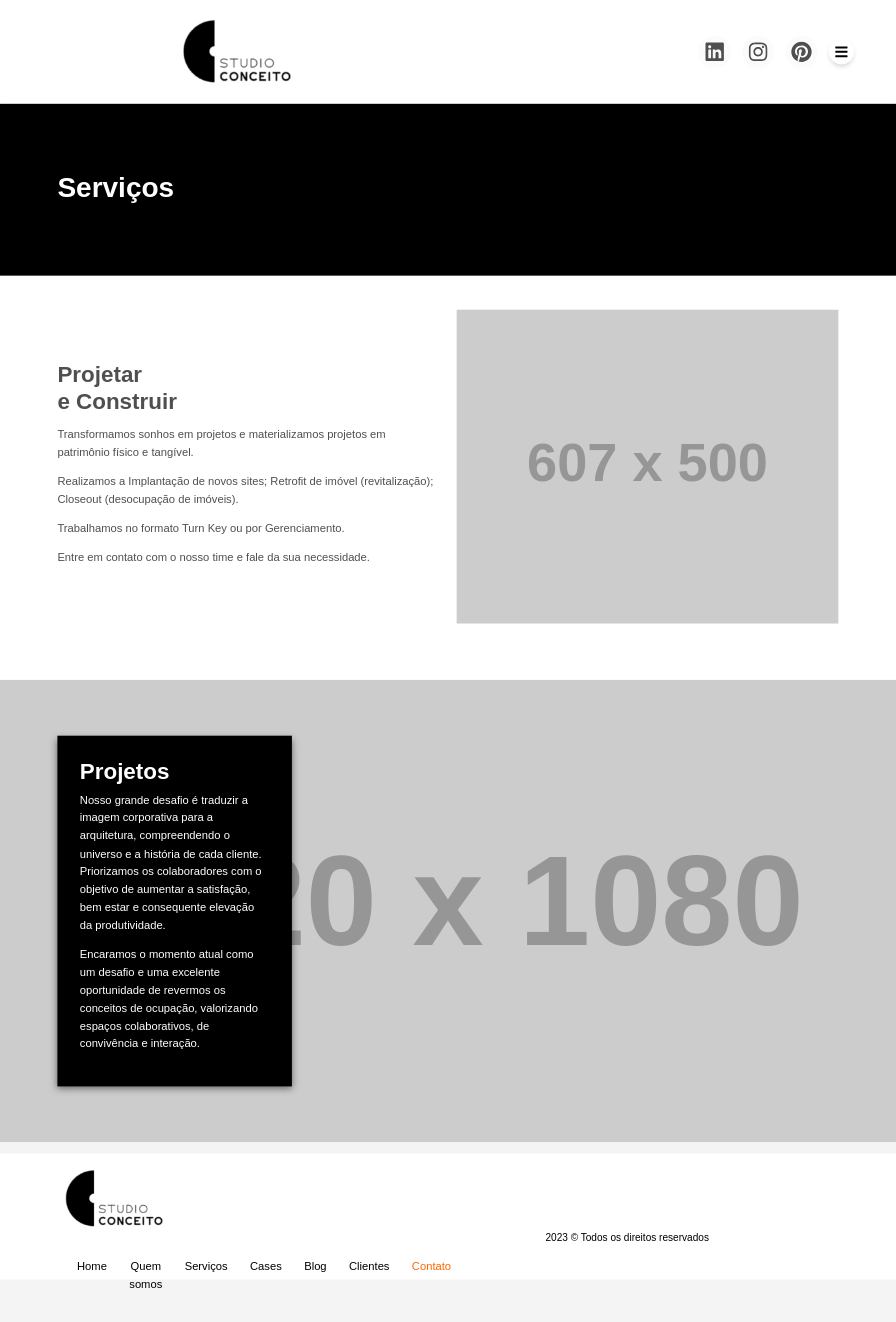
Repository: Upstairs-Agencia/studio-conceito-react
Page: /servicos
These files come from the project's save history. The page is drawn as it stood at one moment and after the next save; the edit follows.
The browser window is 1280 px wide. The pictures show the whole page, at 70% of full size.
The project was rebuilt for these pictures with package versions that can differ from the ones it lists, and the page was loaded fresh each time. Also part of the build but not shown: src/pages/Home.js, src/pages/QuemSomos.js, src/pages/Cases.js, src/pages/Blog.js, src/pages/Clientes.js, src/pages/Contato.js.

Above is the page before, as saved 2024-12-28 03:22:24.

After the next save:
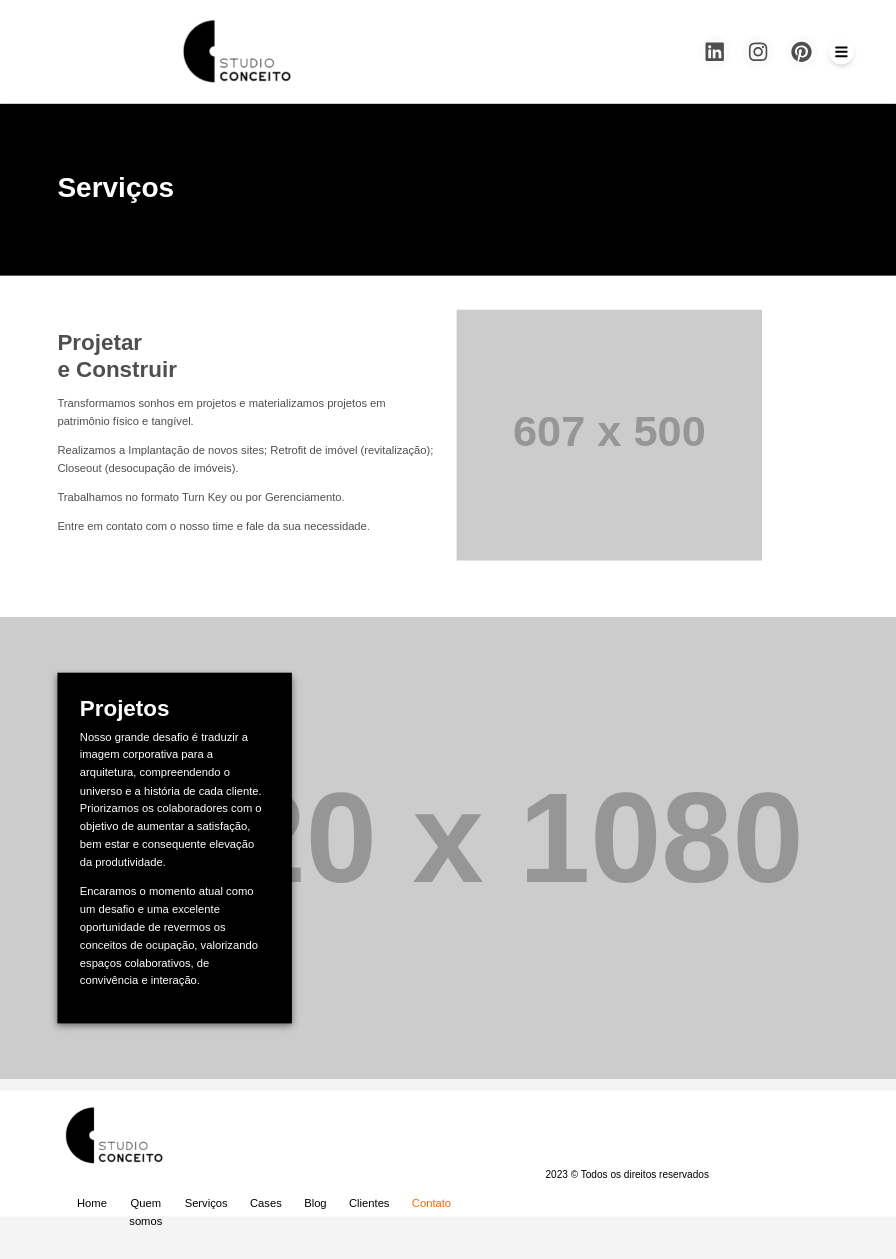
Saved 99 s later.
--- a/src/pages/Servicos.js
+++ b/src/pages/Servicos.js
@@ -47,7 +47,7 @@ const Servicos = () => {
               <img
                 src={placeholderImage1}
                 alt="Projetar e Construir"
-                style={{ width: '100%', height: 'auto', marginBottom: '2rem' }}
+                style={{ width: '80%', height: 'auto', marginBottom: '2rem' }}
               />
             </MDBCol>
           </MDBRow>
